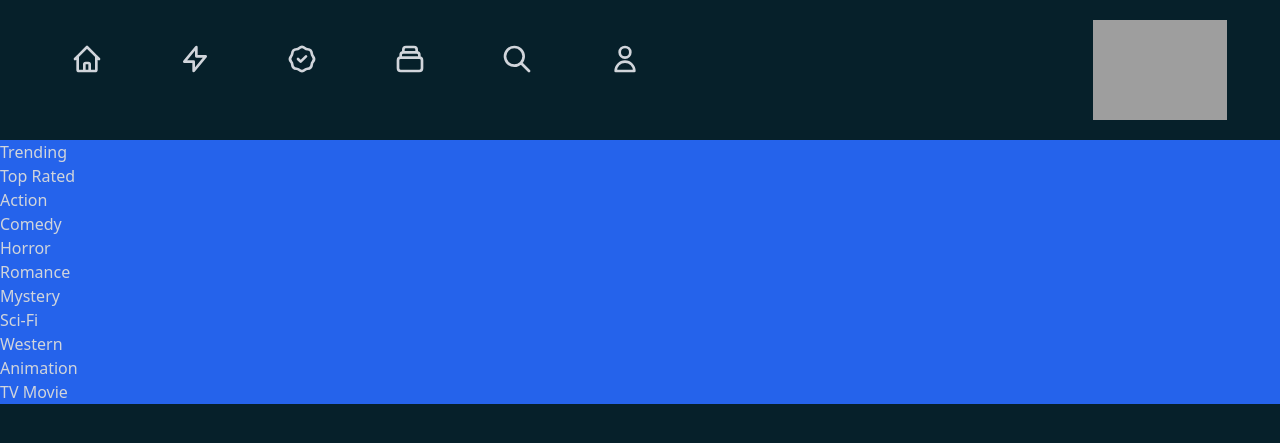
Repository: hsglc/hulu-clone
Page: /
An editor plug-in stored every save of this project. The page is shown before and after the next save, followed by the edit.
The browser window is 1280 px wide. The pictures show the whole page.
Pictures or frames that could not be fetched are drawn as grey boxes. The project was rebuilt for these pictures with package versions that can differ from the ones it lists, and the page was loaded fresh each time. The framework's server and built-in components were replaced by stand-ins that run in the browser. Also part of the build but not shown: next.config.js.

Above is the page before, as saved 2021-05-31 10:44:46.

### pages/index.js
import Head from "next/head";
import Header from "../components/Header";
import Nav from "../components/Nav";
export default function Home() {
  return (
    <div>
      <Head>
        <title>Hulu</title>
        <meta name="description" content="Nextjs Hulu app clone" />
        <link rel="icon" href="/hulu.ico" />
      </Head>

      <Header />
      <Nav />
    </div>
  );
}

### components/Header.js
import Image from "next/image";
import HeaderItem from "./HeaderItem";

import {
  HomeIcon,
  BadgeCheckIcon,
  CollectionIcon,
  LightningBoltIcon,
  SearchIcon,
  UserIcon,
} from "@heroicons/react/outline";

function Header() {
  return (
    <header className="flex flex-col sm:flex-row m-5 justify-between items-center h-auto" >
      <div className="flex flex-grow justify-evenly max-w-2xl ">
        <HeaderItem title="HOME" Icon={HomeIcon} />
        <HeaderItem title="TRENDING" Icon={LightningBoltIcon} />
        <HeaderItem title="VERIFIED" Icon={BadgeCheckIcon} />
        <HeaderItem title="COLLECTIONS" Icon={CollectionIcon} />
        <HeaderItem title="SEARCH" Icon={SearchIcon} />
        <HeaderItem title="ACCOUNT" Icon={UserIcon} />
      </div>
      <Image
        className="object-contain"
        src="https://links.papareact.com/ua6"
        width={200}
        height={100}
      />
    </header>
  );
}

export default Header;

### components/Nav.js
import requests from "../utils/requests";

function Nav() {
  return (
    <nav>
      <div>
        {Object.entries(requests).map(([key, { title, url }]) => (
          <h2 key={key} className="cursor-pointer transition duration-500 ease-in-out bg-blue-600 hover:bg-red-600 transform hover:-translate-y-1 hover:scale-110">{title}</h2>
        ))}
      </div>
    </nav>
  );
}

export default Nav;

### components/HeaderItem.js
function HeaderItem({ title, Icon }) {
  return (
    <div className="group flex flex-col cursor-pointer items-center w-12 sm:w-20 hover:text-white ">
      <Icon className="h-8 mb-1 mt-1.5 group-hover:animate-bounce" />
      <p className="opacity-0 group-hover:opacity-100  tracking-widest">
        {title}
      </p>
    </div>
  );
}

export default HeaderItem;

### utils/requests.js
const API_KEY = process.env.API_KEY;

export default {
  fetchTrending: {
    title: "Trending",
    url: `/trending/all/week?api_key=${API_KEY}&language=en-US`,
  },
  fetchTopRated: {
    title: "Top Rated",
    url: `/movie/top_rated/week?api_key=${API_KEY}&language=en-US`,
  },
  fetchActionMovies: {
    title: "Action",
    url: `/discover/movie/week?api_key=${API_KEY}&with_genres=28`,
  },
  fetchComedyMovies: {
    title: "Comedy",
    url: `/discover/movie/week?api_key=${API_KEY}&with_genres=35`,
  },
  fetchHorrorMovies: {
    title: "Horror",
    url: `/discover/movie/week?api_key=${API_KEY}&with_genres=27`,
  },
  fetchRomanceMovies: {
    title: "Romance",
    url: `/discover/movie/week?api_key=${API_KEY}&with_genres=10749`,
  },
  fetchMystery: {
    title: "Mystery",
    url: `/discover/movie/week?api_key=${API_KEY}&with_genres=9648`,
  },
  fetchSciFi: {
    title: "Sci-Fi",
    url: `/discover/movie/week?api_key=${API_KEY}&with_genres=878`,
  },
  fetchWestern: {
    title: "Western",
    url: `/discover/movie/week?api_key=${API_KEY}&with_genres=37`,
  },
  fetchAnimation: {
    title: "Animation",
    url: `/discover/movie/week?api_key=${API_KEY}&with_genres=16`,
  },
  fetchTV: {
    title: "TV Movie",
    url: `/discover/movie/week?api_key=${API_KEY}&with_genres=10770`,
  },
};

### tailwind.config.js
module.exports = {
  mode: "jit",
  purge: ["./pages/**/*.{js,ts,jsx,tsx}", "./components/**/*.{js,ts,jsx,tsx}"],
  darkMode: false, // or 'media' or 'class'
  theme: {
    extend: {},
  },
  variants: {
    extend: {
      transitionDuration: ["hover", "focus"],
      overflow: ["hover", "focus"],
    },
  },
  plugins: [require("tailwind-scrollbar-hide")],
};

Loaded but not shown: pages/_app.js (common file); styles/globals.css (common file)

After the next save:
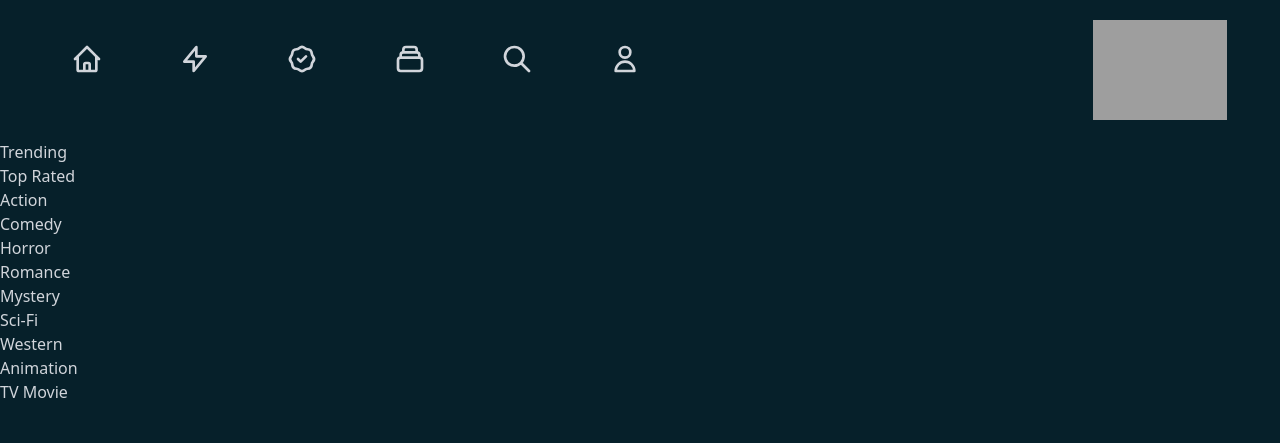
Saved 8 s later.
--- a/components/Nav.js
+++ b/components/Nav.js
@@ -5,7 +5,7 @@
     <nav>
       <div>
         {Object.entries(requests).map(([key, { title, url }]) => (
-          <h2 key={key} className="cursor-pointer transition duration-500 ease-in-out bg-blue-600 hover:bg-red-600 transform hover:-translate-y-1 hover:scale-110">{title}</h2>
+          <h2 key={key} className="">{title}</h2>
         ))}
       </div>
     </nav>

After the save that followed:
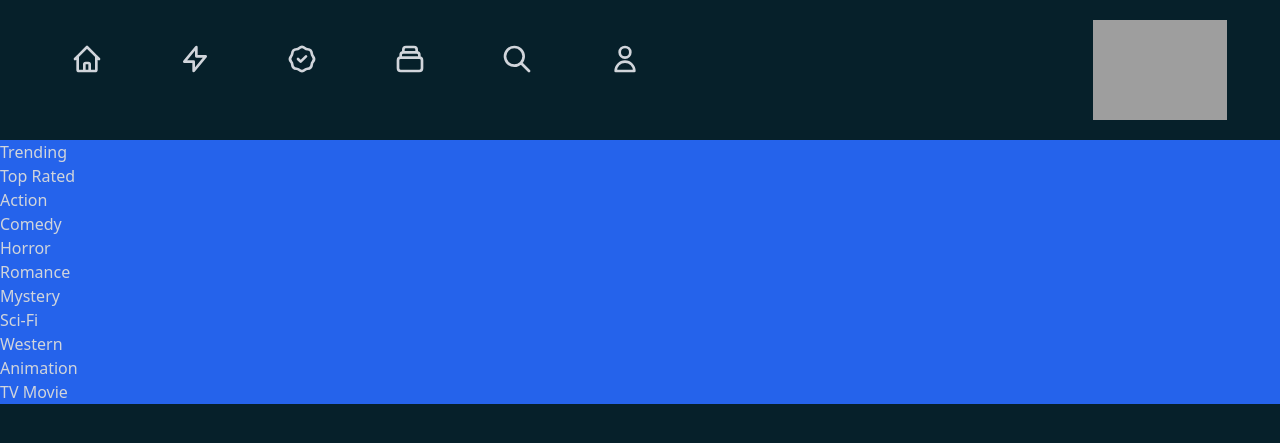
Saved 19 s later.
--- a/components/Nav.js
+++ b/components/Nav.js
@@ -5,7 +5,7 @@
     <nav>
       <div>
         {Object.entries(requests).map(([key, { title, url }]) => (
-          <h2 key={key} className="">{title}</h2>
+          <h2 key={key} className="transition duration-500 ease-in-out bg-blue-600 hover:bg-red-600 transform hover:-translate-y-1 hover:scale-110 ...">{title}</h2>
         ))}
       </div>
     </nav>
